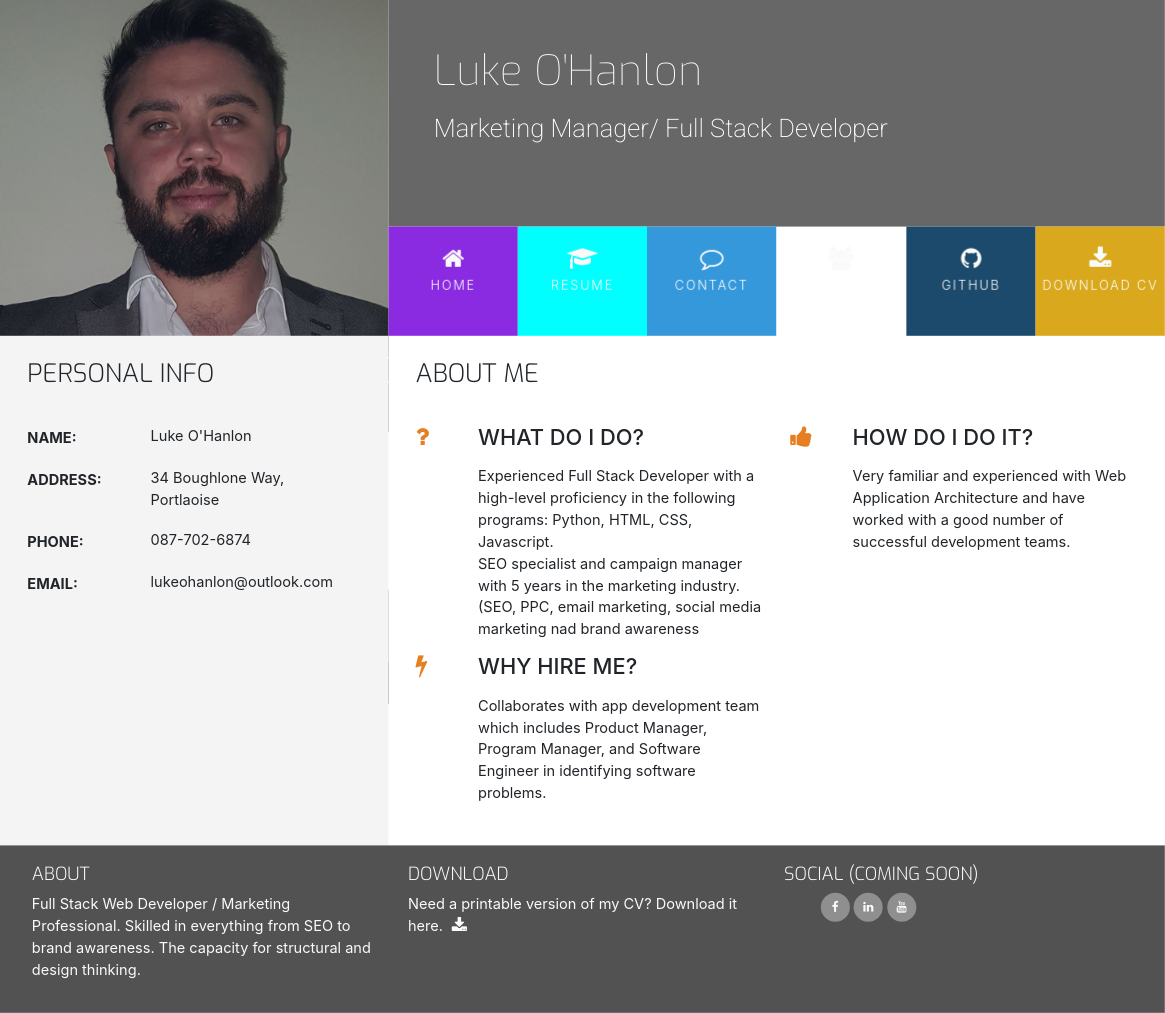
Repository: luke0han/my-resume
Page: index.html
The author's editor kept a record of every edit. The page is drawn from the files as they stood at one moment, then again after the next edit.
The browser window is 1280 px wide. The pictures show the whole page, at 91% of full size.

Above is the page before.
Console error: ReferenceError: emailjs is not defined

After the next edit:
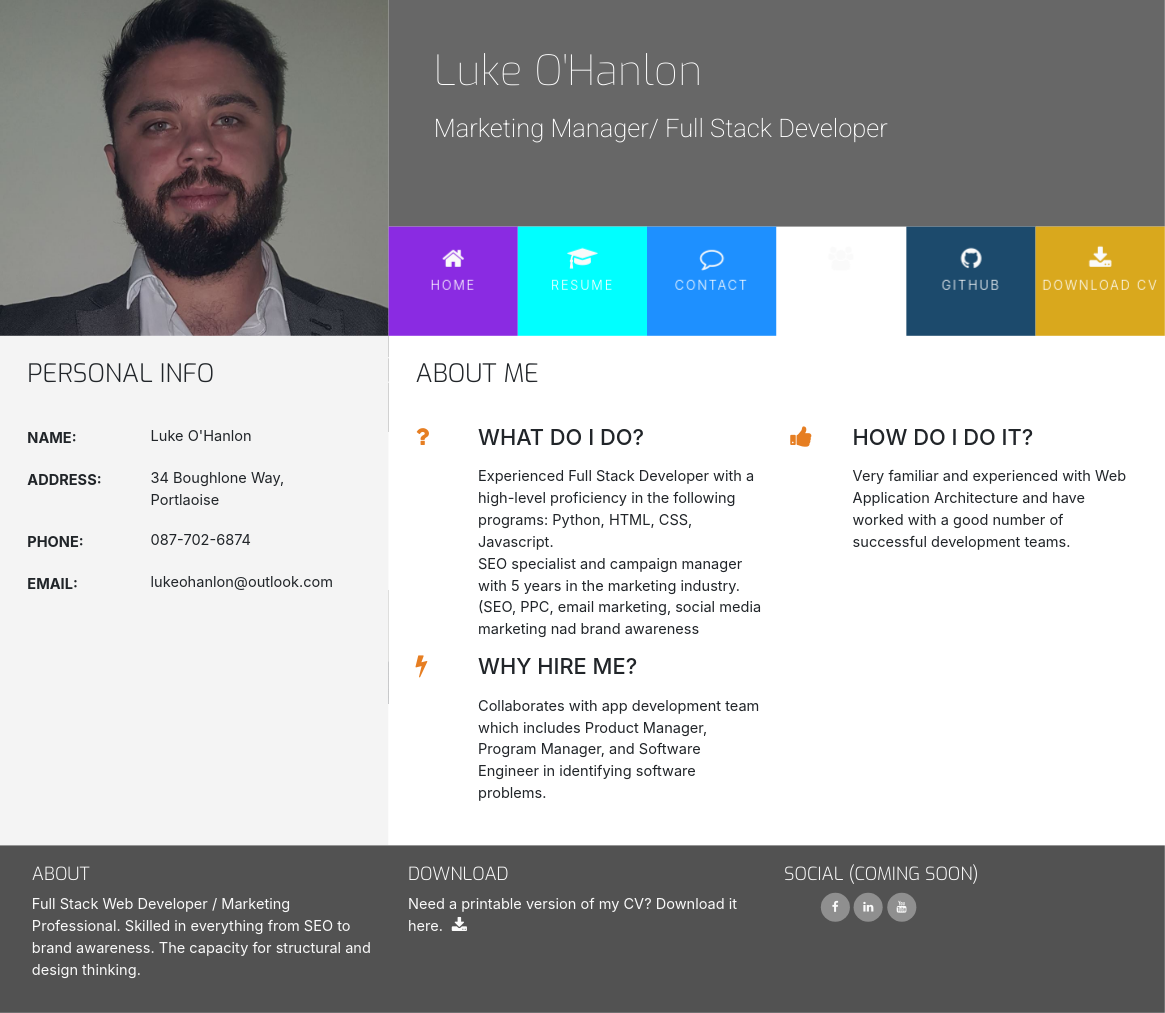
The edit:
--- a/assets/css/style.css
+++ b/assets/css/style.css
@@ -17,7 +17,7 @@
 }
 
 .ui-menu-color-contact {
-    background-color: #3498db;
+    background-color: #1E90FF;
 }
 
 .ui-menu-color-download {
